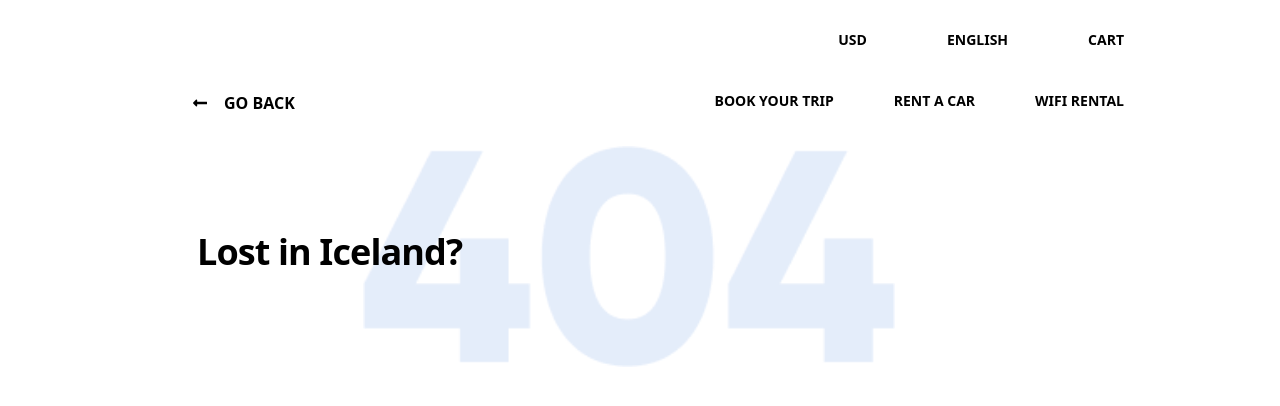
Repository: uh-sman/Iceland
Page: /
The author's editor kept a copy of each file at every save. The page is drawn from the files as they stood at one save, then again after the next save.
The browser window is 1280 px wide. The pictures show the whole page.
The project was rebuilt for these pictures with package versions that can differ from the ones it lists, and the page was loaded fresh each time.

Above is the page before, as saved 2022-09-08 22:03:42.

### src/App.js
import logo from "./logo.svg";
import "./App.css";
import { Topnav } from "./components/Topnav";
import { FullNav } from "./components/FullNav";

function App() {
  return (
    <div className="App">
      <FullNav />
    </div>
  );
}

export default App;

### src/components/Topnav.js
import React from "react";

export const Topnav = () => {
  return (
    <div className="container w-full py-[30px]">
      <nav className="absolute right-[156px]">
        <ul className="space-x-20 text-sm font-semibold">
          <a href="">USD</a>
          <a href="">ENGLISH</a>
          <a href="">CART</a>
        </ul>
      </nav>
    </div>
  );
};

### src/components/FullNav.jsx
import React from "react";
import { Bottomnav } from "./Bottomnav";
import { Hero } from "./Hero";
import { Topnav } from "./Topnav";

export const FullNav = () => {
  return (
    <div>
      <Topnav />
      <Bottomnav />
      <Hero />
    </div>
  );
};

### src/components/Bottomnav.js
import React from "react";
import { FaLongArrowAltLeft } from "react-icons/fa";
export const Bottomnav = () => {
  return (
    <nav className="container w-full">
      <div className="py-[31px]">
        <div className="container">
          <h1 className="flex items-center gap-4 absolute left-[192px]">
            <FaLongArrowAltLeft />
            <a className=" cursor-pointer font-semibold text-md">GO BACK</a>
          </h1>
        </div>
        <div className="container">
          <div className="absolute right-[156px]">
            <ul className="space-x-[60px] text-sm font-semibold cursor-pointer">
              <a>BOOK YOUR TRIP</a>
              <a>RENT A CAR</a>
              <a>WIFI RENTAL</a>
            </ul>
          </div>
        </div>
      </div>
    </nav>
  );
};

### src/components/Hero.js
import React from "react";
import four from "../Assets/404.png";
export const Hero = () => {
  return (
    <div>
      <div className="container">
        <img
          src={four}
          className="absolute left-[363px] top-[146px] h-[221px] "
        />
      </div>
      <div className="container inset-3">
        <h1 className="font-semibold text-4xl absolute left-[197px] top-[232px] tracking-tight">
          Lost in Iceland?
        </h1>
      </div>
    </div>
  );
};

### tailwind.config.js
/** @type {import('tailwindcss').Config} */
module.exports = {
  content: ["./src/**/*.{html,js,jsx}"],
  theme: {
    screens: {
      sm: "480px",
      md: "768px",
      lg: "976px",
      xl: "1440px",
    },
    extend: {},
  },
  plugins: [],
};

Loaded but not shown: public/index.html (common file); src/index.js (common file); src/index.css (common file); src/App.css (common file)

After the next save:
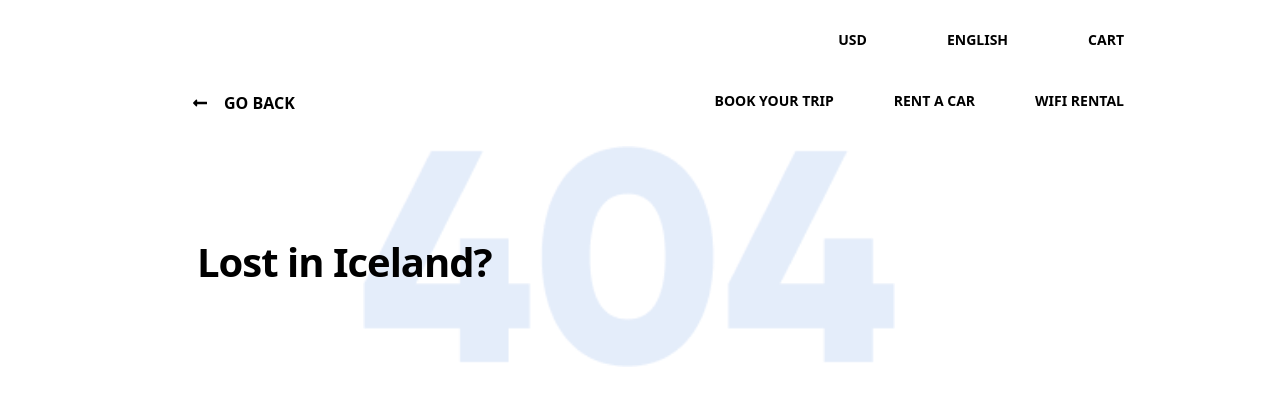
Saved 44 s later.
--- a/src/components/Hero.js
+++ b/src/components/Hero.js
@@ -10,7 +10,7 @@ export const Hero = () => {
         />
       </div>
       <div className="container inset-3">
-        <h1 className="font-semibold text-4xl absolute left-[197px] top-[232px] tracking-tight">
+        <h1 className="font-semibold text-[40px] absolute left-[197px] top-[232px] tracking-tight">
           Lost in Iceland?
         </h1>
       </div>
